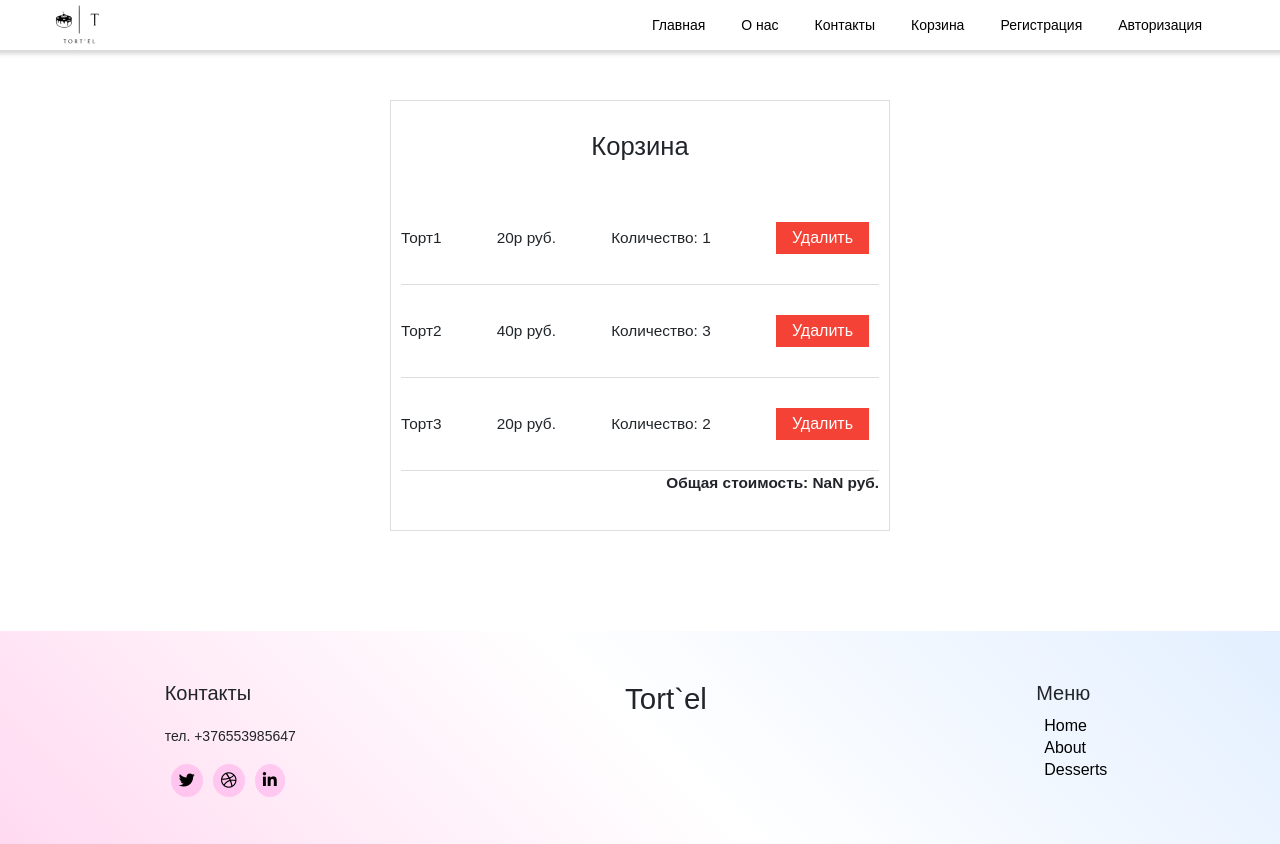
Repository: KseniaEryze/DiplomToday
Page: /basket
These files come from the project's save history. The page is drawn as it stood at one moment and after the next save; the edit follows.
The browser window is 1280 px wide. The pictures show the whole page.
The page's requests for data from a server got no answer. The project was rebuilt for these pictures with package versions that can differ from the ones it lists, and the page was loaded fresh each time. No one was signed in, and anything a server would have sent is missing. Also part of the build but not shown: src/App.css, src/components/Slider/Slider.jsx, src/pages/About/about.css, src/components/Galery/main.css, src/components/Galery/Gallery.jsx, src/pages/About/About.jsx, src/components/Categories/categories.css, src/components/Categories/Categories.jsx and 21 more.

Above is the page before, as saved 2024-09-10 15:49:49.

### public/index.html
<!DOCTYPE html>
<html lang="en">
  <head>
    <meta charset="utf-8" />
    <link rel="stylesheet" href="https://stackpath.bootstrapcdn.com/bootstrap/4.1.3/css/bootstrap.min.css" integrity="sha384-MCw98/SFnGE8fJT3GXwEOngsV7Zt27NXFoaoApmYm81iuXoPkFOJwJ8ERdknLPMO" crossorigin="anonymous">
    <link rel="stylesheet" href="https://cdnjs.cloudflare.com/ajax/libs/font-awesome/5.15.1/css/all.min.css" integrity="sha512-+4zCK9k+qNFUR5X+cKL9EIR+ZOhtIloNl9GIKS57V1MyNsYpYcUrUeQc9vNfzsWfV28IaLL3i96P9sdNyeRssA==" crossorigin="anonymous" />

    <link rel="icon" href="%PUBLIC_URL%/favicon.ico" />
    <meta name="viewport" content="width=device-width, initial-scale=1" />
    <meta name="theme-color" content="#000000" />
    <meta
      name="description"
      content="Web site created using create-react-app"
    />
    <link rel="apple-touch-icon" href="%PUBLIC_URL%/logo192.png" />
    <!--
      manifest.json provides metadata used when your web app is installed on a
      user's mobile device or desktop. See https://developers.google.com/web/fundamentals/web-app-manifest/
    -->
    <link rel="manifest" href="%PUBLIC_URL%/manifest.json" />
    <!--
      Notice the use of %PUBLIC_URL% in the tags above.
      It will be replaced with the URL of the `public` folder during the build.
      Only files inside the `public` folder can be referenced from the HTML.

      Unlike "/favicon.ico" or "favicon.ico", "%PUBLIC_URL%/favicon.ico" will
      work correctly both with client-side routing and a non-root public URL.
      Learn how to configure a non-root public URL by running `npm run build`.
    -->
    <title>React App</title>
  </head>
  <body>
    <noscript>You need to enable JavaScript to run this app.</noscript>
    <div id="root"></div>
    <!--
      This HTML file is a template.
      If you open it directly in the browser, you will see an empty page.

      You can add webfonts, meta tags, or analytics to this file.
      The build step will place the bundled scripts into the <body> tag.

      To begin the development, run `npm start` or `yarn start`.
      To create a production bundle, use `npm run build` or `yarn build`.
    -->
  </body>
</html>

### src/index.js
import React from 'react';
import ReactDOM from 'react-dom/client';
import './index.css';
import App from './App';
import {BrowserRouter, BrowserRouter as Router} from 'react-router-dom'
import { Provider } from 'react-redux';
import {store}  from 'store';
import './firebase';
import Footer from 'Footer/Footer';




const root = ReactDOM.createRoot(document.getElementById('root'));
root.render(
  <React.StrictMode>
   <BrowserRouter>
    <Provider store = {store}>

          <App />
          <Footer></Footer>

    </Provider>
   </BrowserRouter>
</React.StrictMode>


);

### src/index.css

html, body, div, span, applet, object, iframe,
h1, h2, h3, h4, h5, h6, blockquote, pre,
a, abbr, acronym, address, big, cite, code,
del, dfn, em, img, ins, kbd, q, s, samp,
small, strike, strong, sub, sup, tt, var,
b, u, i, center,
dl, dt, dd, ol, ul, li,
fieldset, form, label, legend,
table, caption, tbody, tfoot, thead, tr, th, td,
article, aside, canvas, details, embed,
figure, figcaption, header, hgroup,
menu, nav, output, ruby, summary,
time, mark, audio, video {
	margin: 0;
	padding: 0;
	border: 0;
	/* font-size: 100%;
	font: inherit; */
	vertical-align: baseline;
}
article, aside, details, figcaption, figure,
footer, header, hgroup, menu, nav, section {
	display: block;
}
html {
	height: 100%;
}
body {
	line-height: 1;
}
ol, ul {
	list-style: none;
}
blockquote, q {
	quotes: none;
}
blockquote:before, blockquote:after,
q:before, q:after {
	content: '';
	content: none;
}
table {
	border-collapse: collapse;
	border-spacing: 0;
}
body {
  margin: 0;
  font-family: -apple-system, BlinkMacSystemFont, 'Segoe UI', 'Roboto', 'Oxygen',
    'Ubuntu', 'Cantarell', 'Fira Sans', 'Droid Sans', 'Helvetica Neue',
    sans-serif;
  -webkit-font-smoothing: antialiased;
  -moz-osx-font-smoothing: grayscale;
}

code {
  font-family: source-code-pro, Menlo, Monaco, Consolas, 'Courier New',
    monospace;
}

h1{
  padding: 20px 0;
  font-size: 4vw;
}
h2 ,h3 ,h4{
  padding: 10px 0;
  font-size: 2vw;
}
h3{
    font-size: 2.3vw;
}
h4{
    font-size:20px
}
p{
	font-size: 1.2vw;
	line-height: 1.8vw;

}

button a{
	color: aliceblue;
}

*{
	font-family: "Philosopher", sans-serif;
	font-weight: 400;
	font-style: normal;
}

.pagination-container {
    margin: 3vw 3vw;
}

section{}
@import url('https://fonts.googleapis.com/css2?family=Philosopher:ital,wght@0,400;0,700;1,400;1,700&display=swap');

@media(max-width: 500px) {
	h1{
        font-size: 7vw;
    }
}

@media(max-width: 900px) {
	h1{
        font-size: 5vw;
    }
}

### src/App.js
import { Route, Routes} from 'react-router-dom';
import './App.css';
import About from './pages/About/About';
import Header from './Header/Header.jsx'
import Home from './pages/Home/Home';
import Registracion from './components/Authorization/Registracion';
import LoginPage from './components/Authorization/LoginPage';
import AdminMain from 'Admin/page/AdminMain';
import Contact from 'pages/Contact/Contact';
import Footer from 'Footer/Footer';
import Basket from 'pages/Basket/Basket';

function App() {
  return (
     <>
        <Header></Header>
          <Routes>
            <Route path = '/login' element = {<LoginPage/>}></Route>
            <Route path = '/register' element = {<Registracion/>}></Route>
            <Route path = '/contacts' element = {<Contact/>}></Route>
            <Route path = '/basket' element = {<Basket></Basket>}></Route>


            <Route path='/' element={<Home/>}></Route>
            <Route path = '/admin' element = {<AdminMain/>}></Route>
            <Route path='/about' element={<About/>}></Route>

            <Route path = '*' element = {<div>404 Not Found</div>}></Route>

          </Routes>


      </>


  );
}

export default App;

### src/store/index.js
import { configureStore } from "@reduxjs/toolkit";
import userReducer from '../store/slices/userSlice'
import cakeReducer from '../store/slices/cakeSlice'


export const store = configureStore({
    reducer: {
        user: userReducer,
        cake: cakeReducer
    }
});

### src/firebase.js
import {initializeApp} from 'firebase/app'

const firebaseConfig = {
    apiKey: process.env.REACT_APP_FIREBASE_API_KEY,
    authDomain: process.env.REACT_APP_FIREBASE_AUTH_DOMAIN,
    projectId: process.env.REACT_APP_FIREBASE_PROJECT_ID,
    storageBucket: process.env.REACT_APP_FIREBASE_STORAGE_BUSCKET,
    messagingSenderId: process.env.REACT_APP_FIREBASE_MESSAGING_SENGER_ID,
    appId: process.env.REACT_APP_FIREBASE_APP_ID
}

const app = initializeApp(firebaseConfig)

### src/Footer/Footer.jsx
import React from 'react'
import { Link } from 'react-router-dom'
import './footer.css'

function Footer() {
  return (

    <footer>
      <div className='footer'>
      <div> <h4>Контакты</h4>
        <div>
          <p>тел.   +376553985647</p>

          <ul class="social-icons">
            <li><a class="twitter" href="#"><i class="fab fa-twitter"></i></a></li>
            <li><a class="dribbble" href="#"><i class="fab fa-dribbble"></i></a></li>
            <li><a class="linkedin" href="#"><i class="fab fa-linkedin-in"></i></a></li>
          </ul>
        </div>
      </div>


      <div>
        <h3>Tort`el</h3>
      </div>
      <div>
        <h4>Меню</h4>
        <ul>
             <li>
                 <Link to="/">Home</Link>
             </li>
             <li>
               <Link to="/about">About</Link>
             </li>
             <li>
                 <Link to="/desserts">Desserts</Link>
             </li>

         </ul>

      </div>
       </div>
    </footer>

  )
}

export default Footer

### src/Header/Header.jsx
import React, { useState } from 'react'
import { Link } from 'react-router-dom'
import logo from './img/logoBlack.png'
import './header.css'
import menu from './img/hamburger.png'

function Header() {
  const [accountAuth, setAccountAuth] = useState(false)
  const [isOpen, setIsOpen] = useState()
  return (
    <div className='header'>

      <div className='logo'>
          <Link to="/"><img src={logo}/></Link>
      </div>

      <nav className={`header_nav ${isOpen ? `active` : ``}`}>
          <ul className='header_nav-list'>
             <li className='header_nav-item'>
                 <Link to="/">Главная</Link>
             </li>

             <li className='header_nav-item'>
               <Link to="/about">О нас</Link>
             </li>

             <li className='header_nav-item'>
               <Link to="/contacts">Контакты</Link>
             </li>
             <li className='header_nav-item'>
               <Link to="/basket">Корзина</Link>
             </li>
              <li className='header_nav-item wrapper-login'>
                <Link to="/register" accountAuth={accountAuth}>Регистрация</Link>
              </li>
              <li className='header_nav-item'>
                <Link to="/login"> Авторизация </Link>
              </li>
            </ul>
         </nav>
         <button className='header_menu-button' onClick={() => setIsOpen(!isOpen)}></button>
     </div>
   )
 }

 export default Header

### src/pages/Basket/Basket.jsx
import React from 'react';
import './main.css'

const Basket = ({  popap, handleRemoveItem }) => {

    const cartItems = [
        {id:1, name:'Торт1', price:'20р', quantity: 1},
        {id:2, name:'Торт2', price:'40р', quantity: 3},
        {id:3, name:'Торт3', price:'20р', quantity: 2}
    ]
      return (
        <div className="cart">
          <h2>Корзина</h2>
          {cartItems.map(item => (
            <div key={item.id} className="cart-item">
              <p>{item.name}</p>
              <p>{item.price} руб.</p>
              <p>Количество: {item.quantity}</p>
              <button onClick={() => handleRemoveItem(item.id)}>Удалить</button>
            </div>
          ))}
          <p className="total-price">Общая стоимость: {cartItems.reduce((acc, item) => acc + item.price * item.quantity, 0)} руб.</p>
        </div>
      );
    };

    export default Basket;

### src/store/slices/userSlice.js
import {createSlice} from '@reduxjs/toolkit'

const initialState = {
    name:null,
    email:null,
    token: null,
    id: null
}

const userSlice = createSlice({
    name:'user',
    initialState,
    reducers:{
        setUser(state, action){
            state.name = action.payload.name;
            state.email = action.payload.email;
            state.token = action.payload.token;
            state.id = action.payload.id;
        },
        removeUser(state){
            state.name =null;
            state.email =null;
            state.token = null;
            state.id = null;
        }

    }

})

export const {setUser,removeUser} = userSlice.actions;

export default userSlice.reducer;

### src/store/slices/cakeSlice.js
import {createSlice} from '@reduxjs/toolkit'

const initialState = {
    name:null,
    desctiprion: null,
    cost: null,
    category: null,
    image: null,
    id: null
}

const cakeSlice = createSlice({
    name:'cake',
    initialState,
    reducers:{
        setCake(state, action){
            state.name = action.payload.name;
            state.desctiprion = action.payload.desctiprion;
            state.cost = action.payload.cost;
            state.category = action.payload.category;
            state.image = action.payload.image;
            state.id = action.payload.id;
        }

    }

})
console.log(cakeSlice.actions)

export const {setCake} = cakeSlice.actions;

export default cakeSlice.reducer;

### src/Footer/footer.css
li{
    padding: 3px 0px;
}
.social-icons {
    text-align: right;
    display: flex;
    justify-content: flex-start;
    align-items: center;
    }
 .social-icons a {
    width: 40px;
    height: 40px;
    line-height: 40px;
    margin-right: 10px;
    border-radius: 100%;
    background-color: #ff5ed73d;

    }

    .social-icons:nth-child(n + 2){
        margin-left: 6px;
    }

    footer p {
        margin: 10px 0 ;
        font-size: 14px;
    }
    footer{
        padding: 20px 0;
    }

### src/components/Slider/main.css
.wrapper-slide{
    display: flex;
    justify-content: center;
    flex-direction: column;
    align-items: center;

    padding: 30px;
}
button{
    padding: 0%;
    margin: 0;
}

.react-slideshow-container .default-nav:last-of-type {
    margin-left: -30px;
    background: rgb(0, 0, 0);
}

.wrapper-slide p{
    margin: 8px;
    padding: 0px;
}
.slide-imade{
    width: 80px;
    height: 80px;
    border-radius: 100%;
}

.react-slideshow-container .default-nav:last-of-type {
    margin-left: -30px;

    /* background: url(./img/icons8-стрелка-100\ \(2\).png) no-repeat; */
}

.react-slideshow-container .default-nav:first-of-type {

    /* background: url(./img/icons8-стрелка-100\ \(3\).png)no-repeat; */
}
/* .react-slideshow-container {
    background-color: black;
    color: aliceblue;
} */
.slide-container button{

    padding: 0px 0px;
    margin-right: 10px;
    margin-top: 30px;
}

### src/Header/header.css

.header{
    position: fixed;
    left: 0;
    top: 0;
    display: flex;
    align-items: center;
    width: 100%;
    padding: 0px 20px;
    height: 50px;
    background-color: white;
    box-shadow: 0 0 4px 4px rgba(136, 136, 136, 0.322);
    z-index: 1;
    color: black;
}

.header_nav{
    margin-left: auto;
    margin-right: 50px;
}

.header_nav-list{
    display: flex;
    list-style: none;
}

.header_nav-item{
    font-size: 14px;
    line-height: 1;
    color: black;
}

.header_nav-item:nth-child(n + 2){
    margin-left: 20px;
}

.header_menu-button{
    display: none;
}

@media(max-width: 576px){
.header_nav.active{
        transform: translateX(225px);
    }

    .header_nav{
        position: fixed;
        top: 0;
        left: -225px;
        display: flex;
        flex-direction: column;
        width:225px;
        height: 100%;
        background-color: white;
        border-radius: 16px 0 16px 0;
        transition-timing-function: linear;
    };

    .header_nav-list{
        display: flex;
        list-style: none;
    }

    .header_nav-list{
        flex: 1;
        display: flex;
        flex-direction: column;
        padding-top: 40px;
        padding-left: 60px;
    }

    .header_nav-item{
        margin: 10px 0px;
    }
    .header_nav-item:nth-child(n + 2){
        margin-left: 0;
    }

    .header_menu-button{
        display: block;
        margin: 0 11vw 0 auto;
        width: 24px;
        height: 24px;
        background-image: url(./img/hamburger.png);
        padding: 0;
        border: 0;
    }

}

### src/pages/Home/main.css
.footer{
    width: 100%;
    display: flex;
    justify-content: space-around;
    align-items: start;
    margin: 0;
    padding: 20px 0;
}
section{
    padding-top: 100px;
}
section, footer{
    background: -webkit-linear-gradient(45deg, rgb(255, 218, 241), rgb(255, 255, 255), rgb(227, 239, 255));
    background: -moz-linear-gradient(45deg, rgb(255, 218, 241), rgb(255, 255, 255), rgb(227, 239, 255));
    background: linear-gradient(45deg, rgb(255, 218, 241), rgb(255, 255, 255), rgb(227, 239, 255));



}
button{
    border: none;
    background-color: #362361cc;
    /* #928d3c */
    color: white;
    padding: 15px 30px;
    margin-right: 10px;

}
.block_header{
    background: url('./img/tort-muss-iagody-malina-rozy-desert.jpg') no-repeat;
    background-size: cover;
    height: 600px;
    padding-top: 0;

    display: flex;
    justify-content: start;
    align-items: center;
}

.block_header-info{
    margin-left: 200px;

}



.category{
    display: flex;
    justify-content: center;
    align-items: center;
    flex-direction: column;

}

.category_list{
    display: flex;
    justify-content: center;

    margin: 0 100px;

}




.advantages{
    display: flex;
    justify-content: center;
    align-items: center;


    background: -webkit-linear-gradient(45deg, rgb(255, 218, 241), rgb(255, 255, 255),rgb(255, 218, 241) rgb(227, 239, 255));
    background: -moz-linear-gradient(45deg, rgb(255, 218, 241), rgb(255, 255, 255), rgb(227, 239, 255));
    background: linear-gradient(120deg, rgb(255, 218, 241), rgb(255, 255, 255), rgb(227, 239, 255));

}
.advantages .order{
    background: url('./img/Без\ имени-1.png') no-repeat;
    background-size: cover;
    width: 380px;
    height: 415px;

}
.advantages p{
     word-wrap:break-word
}
.order{

    color: black;
    display: flex;
    justify-content: center;
    align-items: center;
    flex-direction: column;
    margin-left: 100px;
}

.description-list_point{
    display: flex;

    align-items: center;
}
.description-list_point img{
    margin-right: 25px;
    width: 50PX;
}



.tabs_wrapper{
    display: flex;
    justify-content: center;
    align-items: center;
    width: 100%;
}



.footerLogo{
    width: 200px;
}


.block_header-info{
    color: rgb(41, 41, 41);
}
@media (max-width: 800px) {
.calculation{
    display:none;
    visibility: hidden;
}
.wrapper-home{
    width: 100vw;
}
.menu{
    display: none;
}
}

@media(max-width: 500px){
    .block_header-info{
        margin-left: 15vw;
    }
   .block_header{
        height: 400px;
   }
}

### src/components/Authorization/main.css
.wrapper-center, .authorization-form {
    display: flex;
    justify-content: center;
    flex-direction: column;
}
.wrapper-center{
    padding-top: 100px;
    align-items: center;
    width: 100%;
    padding-bottom: 100px;
}
.authorization-form {
   width: 35vw;
}
input{

    padding: 2vh 3vw;
    margin: 5px;
}
button{
	margin: 20px 10px;
    padding: 1vh 2vw;
}

### src/Admin/page/adminMain.css
header,
main {
  padding-left: 240px;
}

body {
  background: white;
}

@media only screen and (max-width: 992px) {
  header,
  main,
  footer {
    padding-left: 0;
  }
}
a{
    text-decoration: none;
}

#credits li,
#credits li a {
  color: white;
}

#credits li a {
  font-weight: bold;
}

.footer-copyright .container,
.footer-copyright .container a {
  color: #BCC2E2;
}

.fab-tip {
  position: fixed;
  right: 85px;
  padding: 0px 0.5rem;
  text-align: right;
  background-color: #323232;
  border-radius: 2px;
  color: #FFF;
  width: auto;
}


.main {
  height: 400px;
  padding: 10px;
}

.dropdown_button {
  border: none;
  cursor: pointer;
  width: 200px;
  font-family: montserrat;
  border: 1px solid #ffffff;
}

.courses {
  display: none;
  position: absolute;
  background-color: #f1f1f1;
  min-width: 200px;
  box-shadow: 0px 8px 16px 0px rgba(0, 0, 0, 0.2);
  z-index: 1;
}

.courses li {

  text-decoration: none;
  display: block;
  list-style: none;
  background-color: rgb(47, 47, 47);
  font-family: montserrat;
  border: 1px solid white;
}

.courses li a {
  text-decoration: none;
  color: white;
  display: block;
  padding: 5px;
}

.courses li:hover {
  background-color: #0979ad;
  color: white;
}

.admin-form{
  display: flex;
  justify-content: center;
  flex-direction: column;
  align-items: center;
  margin-top: 80px;
}

.admin-text_item{
  width: 300px;
  display: flex;
  justify-content: space-around;
  align-items: center;
  margin: 10px;
}

.admin-text_item input,label{
  width: 80px;
  margin: 5px;
}
.wrapper-adminPage{
  display: flex;
  margin: 20px;
  border: 1px solid rgba(0, 0, 0, 0.158);
  padding-right: 50px;

  border-radius: 30px ;
}


.wrapper-adnin_categorisMenu{
  display: flex;
  justify-content: space-between ;
}

### src/pages/Basket/main.css
.cart {
    /* Стили для контейнера корзины */
    width: 500px;
    margin: 100px auto;
    border: 1px solid #ddd;
    padding: 20px 10px;
  }

  .cart h2 {
    /* Стили для заголовка корзины */
    text-align: center;
    margin-bottom: 20px;
  }

  .cart-item {
    /* Стили для каждого элемента корзины */
    border-bottom: 1px solid #ddd;
    padding: 10px 0;
    display: flex;
    justify-content: space-between;
    align-items: center;
  }

  .cart-item p {
    /* Стили для информации об элементе корзины */
    margin: 0;
  }

  .cart-item button {
    /* Стили для кнопки удаления */
    background-color: #f44336; /* Красный цвет */
    color: white;
    padding: 8px 16px;
    border: none;
    cursor: pointer;
  }

  .cart-item button:hover {
    /* Стили при наведении курсора на кнопку */
    background-color: #d32f2f; /* Более темный красный */
  }

  .total-price {
    /* Стили для общей стоимости */
    text-align: right;
    font-weight: bold;
  }

### src/Admin/page/AdminHeader/header.css

.menu{
    display: flex;
    justify-content: space-around;
    align-items: center;
}

.menu li,a{
    list-style: none;
    text-decoration: none;
    padding: 8px;
    color: rgb(0, 0, 0);
}

.admin-wrapper_menu{
    margin-right: 100px;
    background-color: #36236156;
    color: rgb(41, 41, 41);
    border-radius: 30px 0px 0px 30px;
    padding: 30px;
    width: 12vw;
}
/* .admin-wrapper_menu li{
    border: 1px solid black;
} */

.wrapper-content{
    padding: 70px;
}

After the next save:
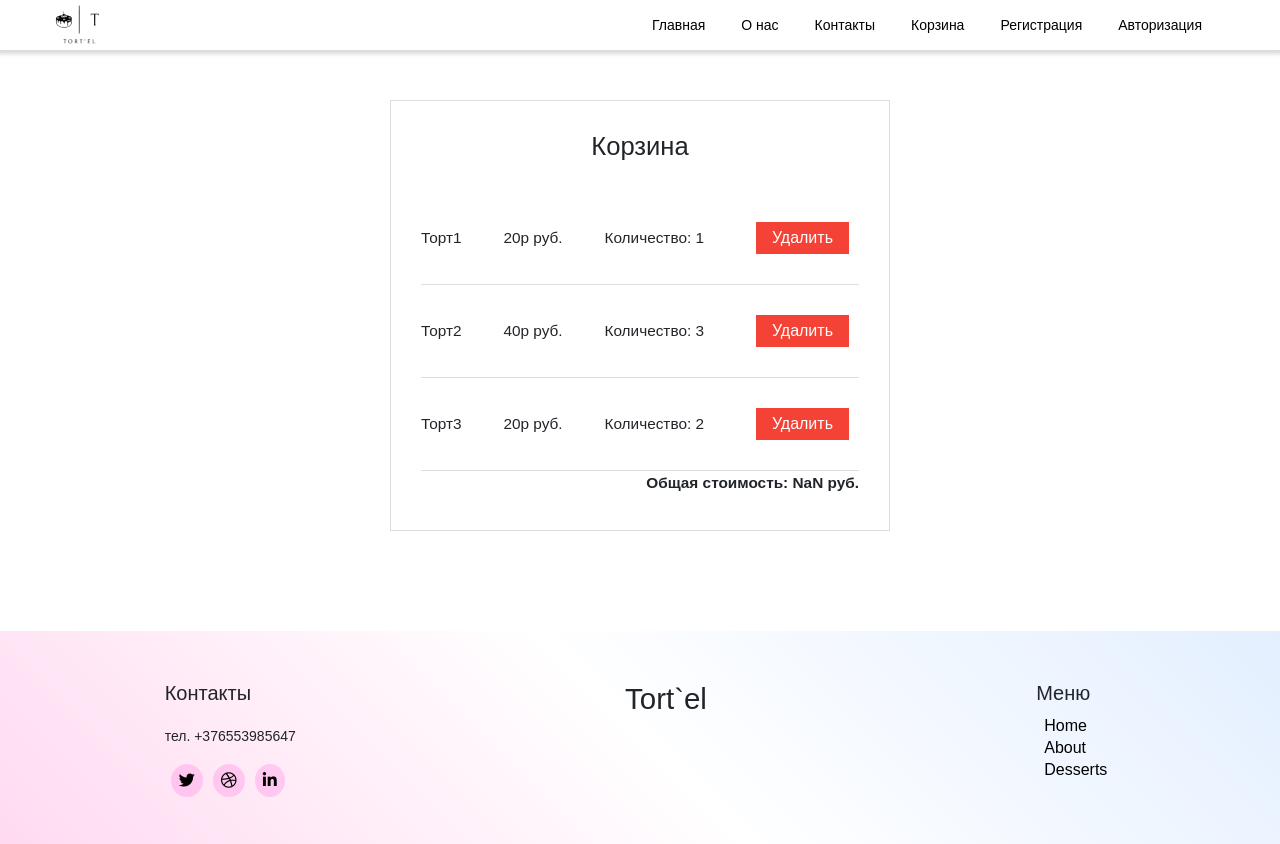
Saved 36 s later.
--- a/src/pages/Basket/main.css
+++ b/src/pages/Basket/main.css
@@ -3,7 +3,7 @@
     width: 500px;
     margin: 100px auto;
     border: 1px solid #ddd;
-    padding: 20px 10px;
+    padding: 20px 30px;
   }
 
   .cart h2 {
